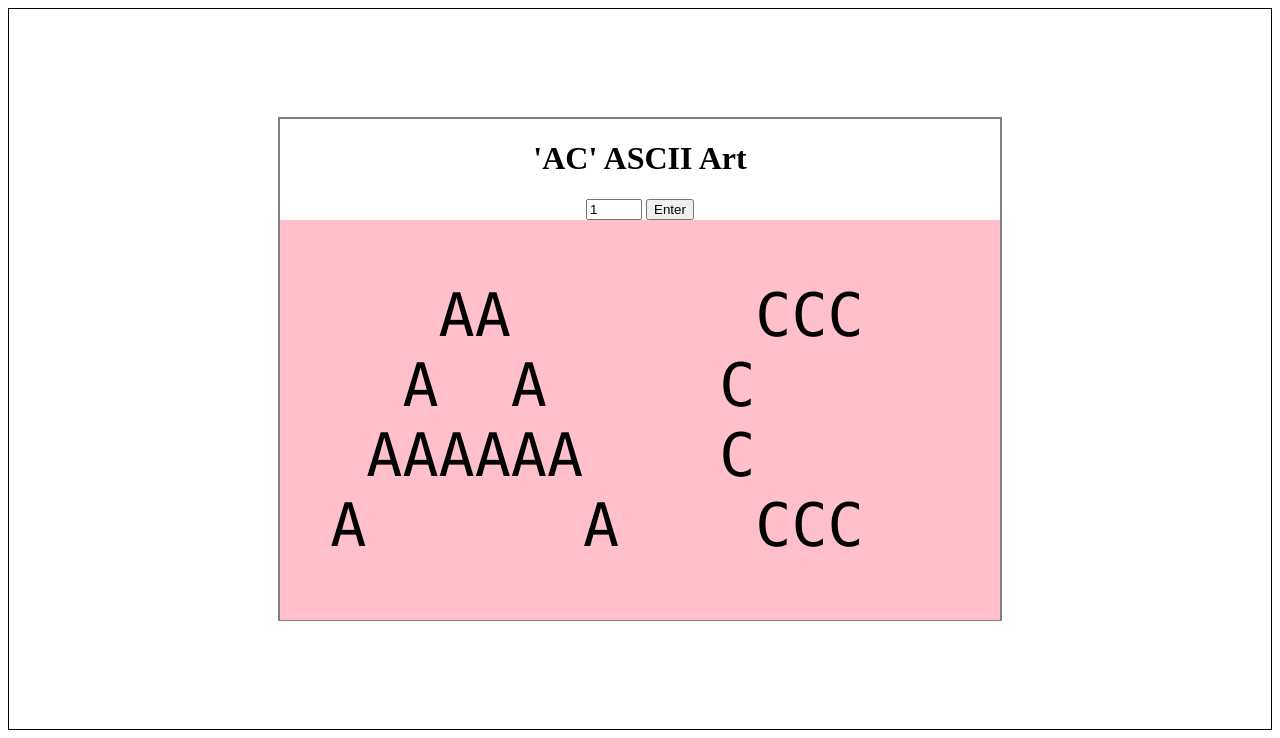
Repository: Achorn/ascii-art
Page: index.html
These files come from the project's save history. The page is drawn as it stood at one moment and after the next save; the edit follows.
The browser window is 1280 px wide. The pictures show the whole page.

Above is the page before, as saved 2021-08-09 20:18:42.

After the next save:
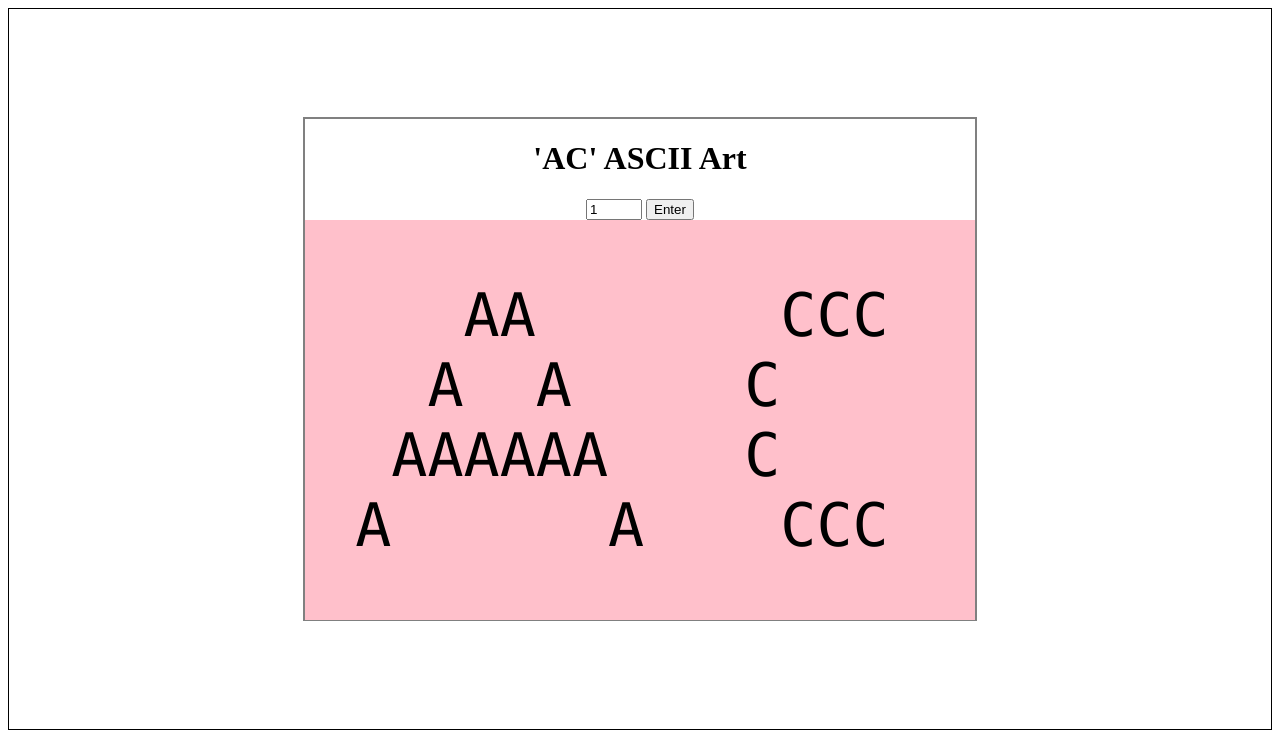
Saved 7 s later.
--- a/styles.css
+++ b/styles.css
@@ -30,6 +30,6 @@ form {
   white-space: pre;
 }
 #mono-c {
-  padding: 0px 100px 0px 50px;
+  padding: 0px 50px 0px 50px;
   white-space: pre;
 }
